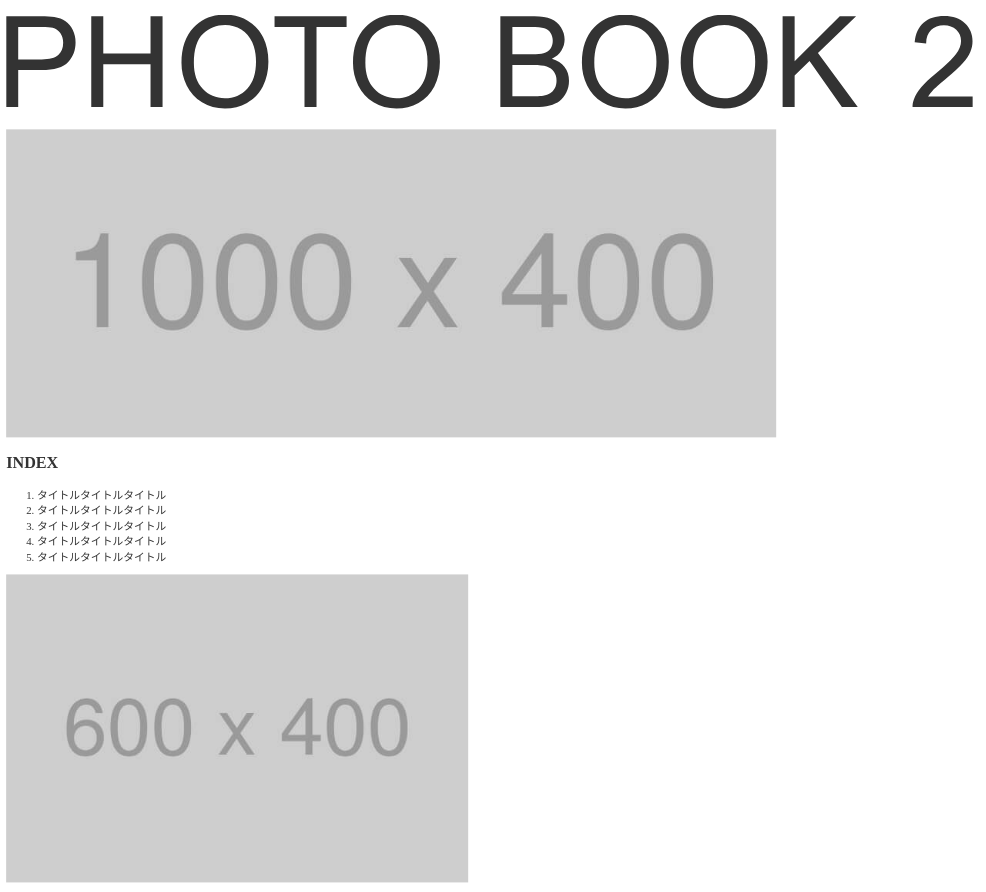
Repository: Fuki-san/photo-book-2
Page: http://localhost/photobook
The author's editor kept a copy of each file at every save. The page is drawn from the files as they stood at one save, then again after the next save.
The browser window is 1280 px wide. The pictures show the whole page, at 77% of full size.
The page is served by the project's Laravel application, run on PHP 8.4 with Laravel 10. Other server files are loaded and not shown.

Above is the page before, as saved 2023-11-29 19:45:32.

### routes/web.php
<?php

use Illuminate\Support\Facades\Route;

/*
|--------------------------------------------------------------------------
| Web Routes
|--------------------------------------------------------------------------
|
| Here is where you can register web routes for your application. These
| routes are loaded by the RouteServiceProvider and all of them will
| be assigned to the "web" middleware group. Make something great!
|
*/

Route::get('/', function () {
    return view('welcome');
});

Route::get('photobook', function() {
    return view('photobook');
})->name('photobook');

### resources/views/photobook.blade.php
@extends('layouts.main')

@section('title', 'photobook')

@section('content')
    <div class="container">
        <header id="header">
            <h1 class="site-title"><a href="#"><img src="img/logo.svg" alt=""></a></h1>
        </header>

        <main>

            <div id="mainvisual">
                <img src="img/mainvisual.jpg" alt="">
            </div>

            <section id="index">
                <div class="inner">
                    <h2 class="sec-title">INDEX</h2>
                    <ol class="index-list">
                        <li>タイトルタイトルタイトル</li>
                        <li>タイトルタイトルタイトル</li>
                        <li>タイトルタイトルタイトル</li>
                        <li>タイトルタイトルタイトル</li>
                        <li>タイトルタイトルタイトル</li>
                    </ol>
                </div>
            </section>

            <section id="photo">
                <div class="inner">
                    <img src="img/photo1.jpg" alt="">
                </div>
            </section>
        </main>

        <footer id="footer"></footer>

    </div>
@endsection

### resources/views/layouts/main.blade.php
<!DOCTYPE html>
<html lang="ja">
<head>
    <meta charset="UTF-8">
    <meta name="viewport" content="width=device-width, initial-scale=1.0">
    <meta http-equiv="X-UA-Compatible" content="ie=edge">
    <link rel="stylesheet" href="{{ asset('css/reset.css') }}">
    <link rel="stylesheet" href="{{ asset('css/style.css') }}">
    <link rel="icon" href="img/favicon.ico">
    <title>@yield('title')</title>
</head>
<body>
    @yield('content')
</body>
</html>

### public/css/style.css
@charset "utf-8";

html{
    font-size: 100%;
}
body{
    color: #333;
    font-size: 0.875rem;
}
img{
    max-width: 100%;
}

### public/img/logo.svg
<?xml version="1.0" encoding="utf-8"?>
<!-- Generator: Adobe Illustrator 15.1.0, SVG Export Plug-In . SVG Version: 6.00 Build 0)  -->
<!DOCTYPE svg PUBLIC "-//W3C//DTD SVG 1.1//EN" "http://www.w3.org/Graphics/SVG/1.1/DTD/svg11.dtd">
<svg version="1.1" id="レイヤー_1" xmlns="http://www.w3.org/2000/svg" xmlns:xlink="http://www.w3.org/1999/xlink" x="0px"
	 y="0px" width="1600px" height="156px" viewBox="0 0 1600 156" enable-background="new 0 0 1600 156" xml:space="preserve">
<g>
	<path fill="#333333" d="M0,152.092V2.65h56.373c9.92,0,17.498,0.477,22.731,1.428c7.34,1.223,13.49,3.552,18.451,6.982
		c4.96,3.433,8.953,8.241,11.978,14.425c3.022,6.185,4.536,12.98,4.536,20.387c0,12.709-4.043,23.463-12.129,32.264
		c-8.09,8.802-22.699,13.202-43.834,13.202h-38.33v60.754H0z M19.775,73.702h38.636c12.775,0,21.847-2.379,27.217-7.136
		c5.369-4.757,8.053-11.451,8.053-20.082c0-6.252-1.581-11.604-4.741-16.056c-3.16-4.45-7.324-7.391-12.487-8.817
		c-3.33-0.883-9.481-1.325-18.452-1.325H19.775V73.702z"/>
	<path fill="#333333" d="M139.859,152.092V2.65h19.776v61.367h77.677V2.65h19.775v149.441h-19.775V81.652h-77.677v70.439H139.859z"
		/>
	<path fill="#333333" d="M288.174,79.309c0-24.805,6.66-44.224,19.98-58.258C321.473,7.019,338.667,0,359.735,0
		c13.795,0,26.232,3.298,37.309,9.889c11.076,6.593,19.521,15.784,25.332,27.574c5.811,11.791,8.716,25.163,8.716,40.112
		c0,15.155-3.059,28.713-9.175,40.674c-6.116,11.961-14.781,21.016-25.993,27.166c-11.214,6.15-23.311,9.226-36.291,9.226
		c-14.067,0-26.641-3.398-37.717-10.194c-11.079-6.794-19.471-16.071-25.179-27.829C291.029,104.86,288.174,92.425,288.174,79.309z
		 M308.562,79.614c0,18.01,4.843,32.197,14.527,42.559c9.684,10.364,21.831,15.546,36.442,15.546
		c14.884,0,27.131-5.231,36.75-15.699c9.615-10.464,14.423-25.313,14.423-44.546c0-12.165-2.057-22.784-6.167-31.856
		c-4.112-9.071-10.126-16.106-18.043-21.101c-7.917-4.995-16.804-7.493-26.656-7.493c-14,0-26.046,4.81-36.137,14.425
		C313.608,41.065,308.562,57.121,308.562,79.614z"/>
	<path fill="#333333" d="M490.425,152.092V20.286h-49.237V2.65h118.451v17.636h-49.439v131.806H490.425z"/>
	<path fill="#333333" d="M570.14,79.309c0-24.805,6.658-44.224,19.979-58.258C603.438,7.019,620.632,0,641.7,0
		c13.794,0,26.23,3.298,37.309,9.889c11.076,6.593,19.522,15.784,25.331,27.574c5.813,11.791,8.717,25.163,8.717,40.112
		c0,15.155-3.059,28.713-9.176,40.674c-6.114,11.961-14.779,21.016-25.992,27.166s-23.311,9.226-36.291,9.226
		c-14.068,0-26.641-3.398-37.717-10.194c-11.078-6.794-19.47-16.071-25.179-27.829C572.994,104.86,570.14,92.425,570.14,79.309z
		 M590.526,79.614c0,18.01,4.843,32.197,14.527,42.559c9.685,10.364,21.83,15.546,36.442,15.546
		c14.883,0,27.132-5.231,36.748-15.699c9.615-10.464,14.424-25.313,14.424-44.546c0-12.165-2.057-22.784-6.166-31.856
		c-4.113-9.071-10.127-16.106-18.043-21.101c-7.918-4.995-16.804-7.493-26.658-7.493c-14,0-26.044,4.81-36.136,14.425
		C595.572,41.065,590.526,57.121,590.526,79.614z"/>
	<path fill="#333333" d="M812.43,152.092V2.65h56.066c11.416,0,20.573,1.514,27.472,4.537c6.896,3.024,12.3,7.68,16.209,13.966
		c3.907,6.286,5.861,12.861,5.861,19.724c0,6.39-1.732,12.404-5.198,18.044c-3.467,5.641-8.7,10.193-15.7,13.659
		c9.039,2.65,15.987,7.172,20.848,13.558c4.857,6.389,7.289,13.933,7.289,22.631c0,7-1.479,13.506-4.435,19.521
		c-2.957,6.016-6.612,10.652-10.958,13.915c-4.352,3.261-9.806,5.726-16.363,7.391c-6.558,1.666-14.593,2.497-24.106,2.497H812.43z
		 M832.206,65.444h32.313c8.768,0,15.053-0.576,18.859-1.733c5.027-1.493,8.818-3.975,11.366-7.439
		c2.548-3.468,3.822-7.815,3.822-13.049c0-4.961-1.188-9.328-3.567-13.099c-2.38-3.773-5.776-6.354-10.192-7.748
		c-4.419-1.393-11.997-2.09-22.733-2.09h-29.868V65.444z M832.206,134.457h37.208c6.386,0,10.872-0.237,13.455-0.715
		c4.552-0.814,8.358-2.173,11.417-4.077c3.058-1.901,5.571-4.672,7.544-8.308c1.971-3.634,2.956-7.832,2.956-12.589
		c0-5.571-1.428-10.414-4.281-14.526c-2.854-4.111-6.814-6.999-11.876-8.665c-5.063-1.664-12.354-2.497-21.865-2.497h-34.558
		V134.457z"/>
	<path fill="#333333" d="M946.479,79.309c0-24.805,6.659-44.224,19.979-58.258C979.776,7.019,996.972,0,1018.039,0
		c13.794,0,26.23,3.298,37.309,9.889c11.077,6.593,19.521,15.784,25.331,27.574c5.812,11.791,8.717,25.163,8.717,40.112
		c0,15.155-3.058,28.713-9.175,40.674s-14.781,21.016-25.994,27.166s-23.311,9.226-36.29,9.226
		c-14.068,0-26.641-3.398-37.717-10.194c-11.078-6.794-19.47-16.071-25.18-27.829C949.332,104.86,946.479,92.425,946.479,79.309z
		 M966.865,79.614c0,18.01,4.842,32.197,14.526,42.559c9.685,10.364,21.83,15.546,36.442,15.546
		c14.884,0,27.133-5.231,36.749-15.699c9.615-10.464,14.424-25.313,14.424-44.546c0-12.165-2.057-22.784-6.166-31.856
		c-4.113-9.071-10.127-16.106-18.044-21.101c-7.917-4.995-16.803-7.493-26.657-7.493c-14.001,0-26.044,4.81-36.136,14.425
		C971.91,41.065,966.865,57.121,966.865,79.614z"/>
	<path fill="#333333" d="M1108.865,79.309c0-24.805,6.66-44.224,19.979-58.258C1142.163,7.019,1159.357,0,1180.426,0
		c13.794,0,26.23,3.298,37.31,9.889c11.076,6.593,19.521,15.784,25.332,27.574c5.811,11.791,8.715,25.163,8.715,40.112
		c0,15.155-3.059,28.713-9.175,40.674c-6.115,11.961-14.779,21.016-25.993,27.166s-23.312,9.226-36.29,9.226
		c-14.068,0-26.642-3.398-37.719-10.194c-11.078-6.794-19.469-16.071-25.177-27.829
		C1111.719,104.86,1108.865,92.425,1108.865,79.309z M1129.254,79.614c0,18.01,4.842,32.197,14.525,42.559
		c9.684,10.364,21.831,15.546,36.442,15.546c14.882,0,27.131-5.231,36.749-15.699c9.615-10.464,14.424-25.313,14.424-44.546
		c0-12.165-2.057-22.784-6.167-31.856c-4.113-9.071-10.127-16.106-18.043-21.101c-7.917-4.995-16.804-7.493-26.658-7.493
		c-13.999,0-26.044,4.81-36.135,14.425C1134.298,41.065,1129.254,57.121,1129.254,79.614z"/>
	<path fill="#333333" d="M1276.45,152.092V2.65h19.776V76.76l74.211-74.109h26.81l-62.691,60.552l65.444,88.89h-26.096
		l-53.213-75.638l-24.465,23.854v51.784H1276.45z"/>
</g>
<path fill="#333333" d="M1588.863,134.712v17.636h-98.777c-0.138-4.417,0.575-8.665,2.14-12.743
	c2.514-6.728,6.54-13.354,12.079-19.878c5.539-6.523,13.541-14.067,24.008-22.63c16.242-13.319,27.218-23.87,32.926-31.652
	c5.709-7.78,8.563-15.138,8.563-22.069c0-7.271-2.601-13.405-7.799-18.4c-5.199-4.995-11.978-7.492-20.337-7.492
	c-8.835,0-15.902,2.65-21.203,7.951s-7.986,12.641-8.053,22.019l-18.859-1.937c1.29-14.067,6.149-24.787,14.577-32.162
	c8.427-7.373,19.741-11.061,33.946-11.061c14.338,0,25.688,3.976,34.048,11.927c8.358,7.951,12.538,17.807,12.538,29.563
	c0,5.981-1.224,11.86-3.67,17.636c-2.446,5.776-6.508,11.86-12.182,18.247c-5.676,6.389-15.104,15.155-28.288,26.3
	c-11.009,9.243-18.078,15.513-21.203,18.808c-3.127,3.298-5.708,6.61-7.747,9.939H1588.863z"/>
</svg>

After the next save:
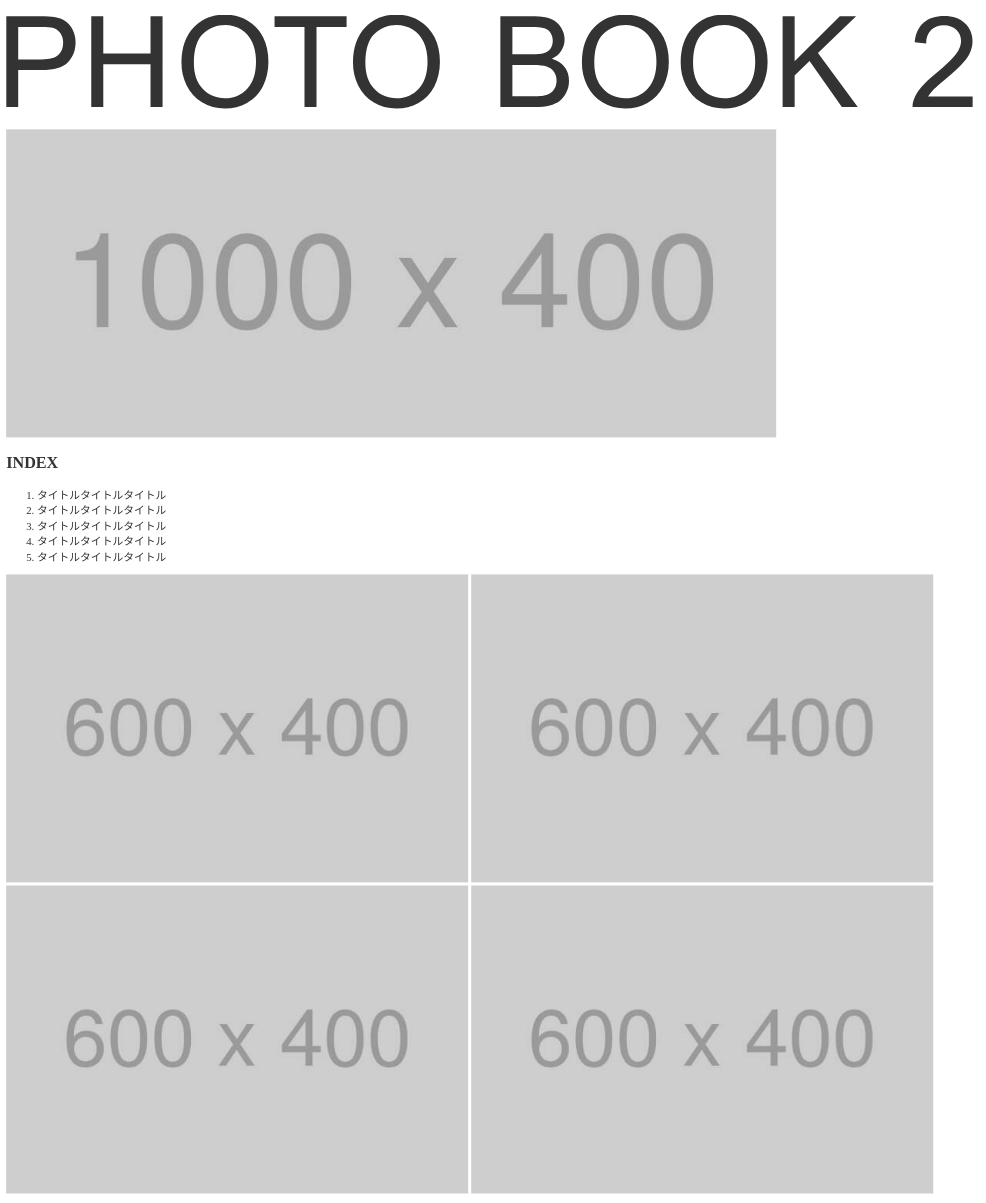
Saved 4 s later.
--- a/resources/views/photobook.blade.php
+++ b/resources/views/photobook.blade.php
@@ -30,6 +30,9 @@
             <section id="photo">
                 <div class="inner">
                     <img src="img/photo1.jpg" alt="">
+                    <img src="img/photo1.jpg" alt="">
+                    <img src="img/photo1.jpg" alt="">
+                    <img src="img/photo1.jpg" alt="">
                 </div>
             </section>
         </main>
